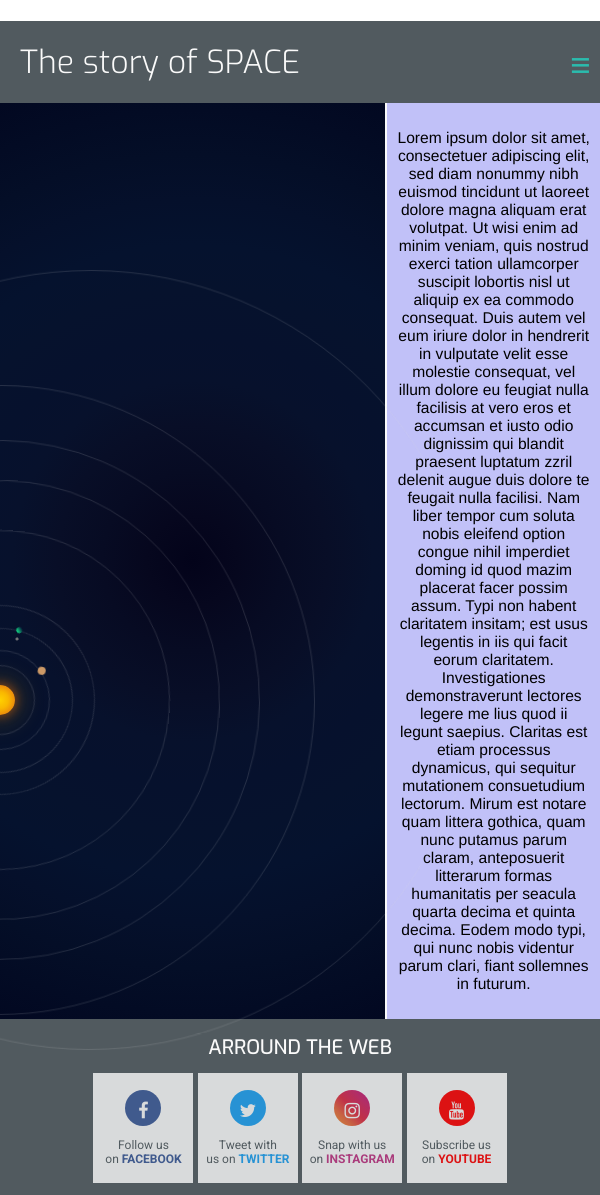
Repository: OlaQla/First-Milestones-Project
Page: index.html
The author's editor kept a record of every edit. The page is drawn from the files as they stood at one moment, then again after the next edit.
The browser window is 600 px wide. The pictures show the whole page.
Backgrounds fixed to the window are drawn as part of the page. Some web libraries are served in a nearby version.

Above is the page before.

After the next edit:
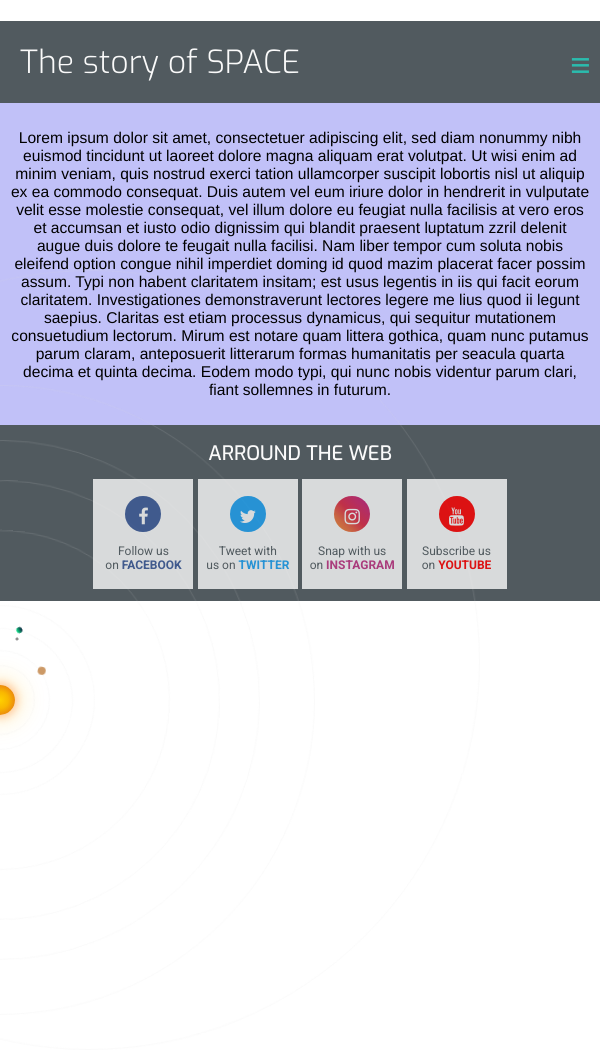
The edit:
--- a/main.css
+++ b/main.css
@@ -811,3 +811,14 @@
 
 
  @media (max-width:767px)  {
+     .container{
+     flex-wrap:wrap;
+     flex-direction:row;
+     }
+
+     .column-main{
+         flex-basis: 100%;
+         height:66%;
+
+     }
+ }
